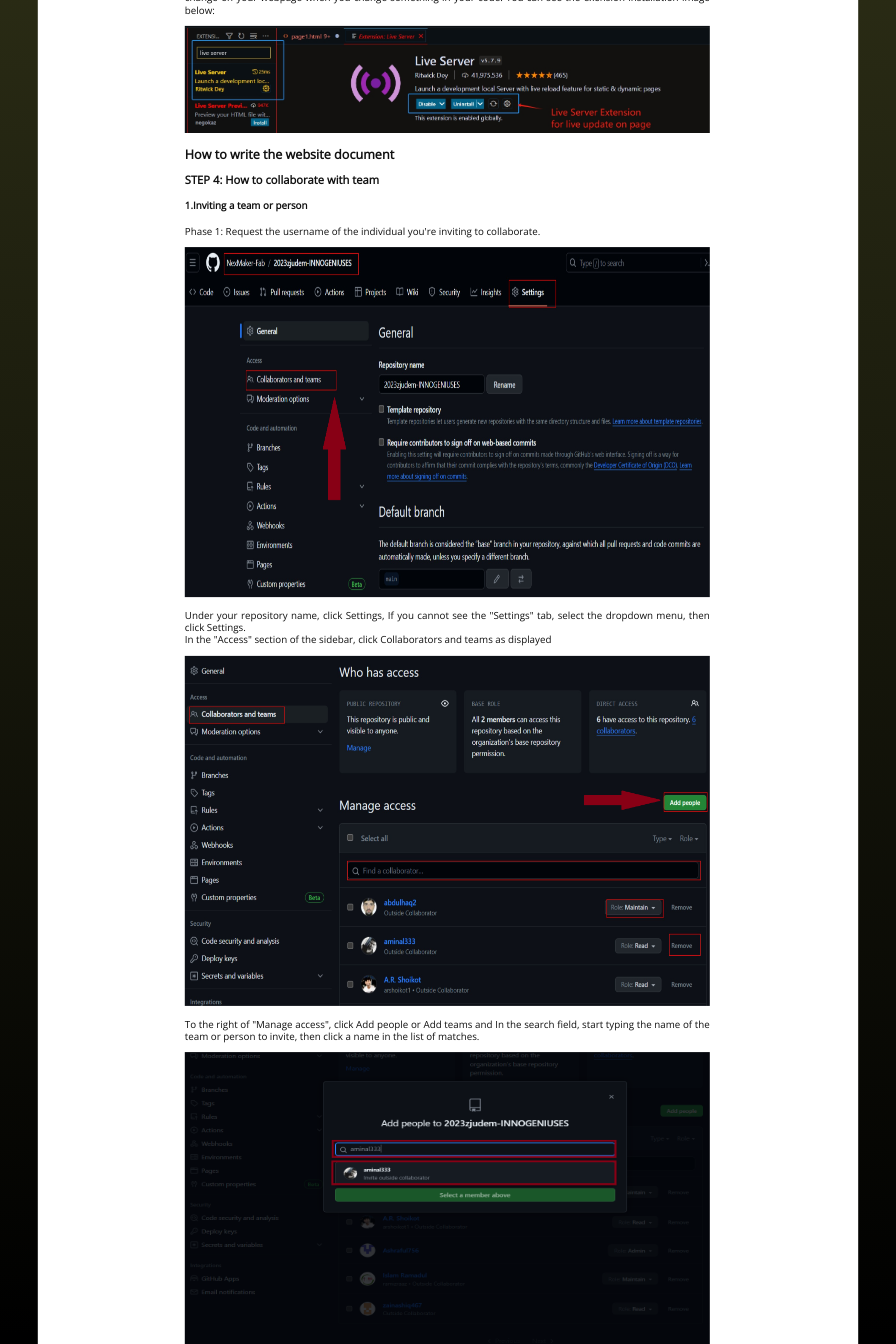
Repository: NexMaker-Fab/2023zjudem-INNOGENIUSES
Page: build web/page1.html
An editor plug-in stored every save of this project. The page is shown before and after the next save, followed by the edit.
The browser window is 1280 px wide. The pictures show the part of the page from y = 3850 to 5770 px (the page is 7676 px tall before and 7951 px after), at 70% of full size.

Above is the page before, as saved 2023-11-27 00:30:38.

### build web/page1.html
<!DOCTYPE html>
<html lang="en">

<head>
    <meta charset="utf-8">
    <meta http-equiv="X-UA-Compatible" content="IE=edge">
    <link rel="icon" href="img/favicon.ico" type="image/x-icon">
    <title>Build Website</title>
    <meta name="viewport" content="width=device-width, initial-scale=1">
    <!-- <meta name="Description" lang="en" content="open source x/html and css templates"> -->
    <meta name="author" content="mlp design">
    <meta name="robots" content="index, follow">
    <link rel="stylesheet" href="styles.css">
</head>

<body>
    <!--start wrapper-->
    <div id="wrapper">

        <!--start body-->
        <div id="body">

            <!--start header-->
            <div id="banner">
                <h1>HOW TO BUILD <em>WEB</em> </h1>
                <p></p>
                <!-- menu -->
                <label for="show-menu" class="responsive">&#9776;</label>
                <input type="checkbox" id="show-menu" role="button">
                <ul id="topnav">
                    <!-- <li><a class="active">Home</a></li> -->

                </ul>
                <!-- end menu -->
            </div>
            <!--end of header-->
            <!--start sidebar-->
            <div id="sidebar">
                <h2>GitHub</h2>
                <p>GitHub, is a platform and cloud-based service for software development and version control using Git, allowing developers to store and manage their code. It provides the distributed version control of Git plus access control, bug tracking,
                    software feature requests, task management, continuous integration, and wikis for every project. Headquartered in California, it has been a subsidiary of Microsoft since 2018. It is commonly used to host open source software development
                    projects.As of January 2023, GitHub reported having over 100 million developers and more than 372 million repositories, including at least 28 million public repositories.</p>

                <h2>Visual Studio Code</h2>
                <p>Visual Studio Code, also commonly referred to as VS Code,[12] is a source-code editor made by Microsoft with the Electron Framework, for Windows, Linux and macOS.[13] Features include support for debugging, syntax highlighting, intelligent
                    code completion, snippets, code refactoring, and embedded Git. Users can change the theme, keyboard shortcuts, preferences, and install extensions that add functionality. In the Stack Overflow 2023 Developer Survey, Visual Studio Code
                    was ranked the most popular developer environment tool among 86,544 respondents, with 73.71% reporting that they use it. It increased its use among those learning to code versus those developing as a profession (78% vs. 74%). </p>
            </div>
            <div class="clear"></div>
            <!--end of sidebar-->

            <!--start containter-->
            <div id="container">

                <!--start content-->
                <div id="content">
                    <!--post item-->
                    <div class="item">
                        <h3>STEP1: Prepare</h3>
                        <p>Setting up all essential tools for constructing the webpage:</p>

                        <ul>
                            <li><a href="https://git-scm.com/downloads">Git</a></li>
                            <li><a href="https://github.com">GitHub</a> </li>
                            <li><a href="https://desktop.github.com">GitHub desktop</a> </li>
                            <li><a href="https://code.visualstudio.com">VScode</a></li>
                            <li><a href="https://nodejs.org/en/about">Nodejs</a> </li>
                        </ul>

                        <h3>STEP 2: Pointers</h3>
                        <p>Visit <a href="https://github.com">Github</a> to create a repository; if needed, sign up. Once there, make your repository and set it Public so it's accessible to online users. Remember to add a README file—it's the place for a
                            detailed project description.
                        </p>
                        <img src="img/Create Repo 1.png" <figure>
                        <p>
                            <b>Note:</b>In this image repository, the owner is identified as aminal333. However, when working within an organization, the organization's name should be displayed instead.

                        </p>
                        </figure>

                        <img src="img/Create repo 2.png" <figure>
                        <p></p>
                        </figure>

                        <img src="img/git page.jpg" <figure>


                        </figure>

                        <h3>STEP 3: Local Settings</h3>
                        <p>Open GitHub Desktop, clone the repository you've created before, and then proceed to open it in Visual Studio Code.</p>
                        <img src="img/gitclone1.png" <figure>
                        <p> </p>
                        </figure>
                        <img src="img/clone open vs.png" <figure>
                        <p>Access the cloned repository from your local storage system using Visual Studio Code</p>
                        </figure>

                        <!-- Ramiz update-->

                        <h3>STEP 4: Live Server Extension</h3>
                        <p>Go to visual studio extention secsion, search live server and click install it. This extesion help to observe new change on your webpage when you change something in your code. You can see the exension installation image below:
                        </p>
                        <img src="img/Live Server.png" style="width:100%; height: fit-content;">

                        <h2 style="font-weight: bolder;">How to write the website document</h2>

                        <h3>STEP 4: How to collaborate with team</h3>
                        <h4>1.Inviting a team or person</h4>
                        <p>Phase 1: Request the username of the individual you're inviting to collaborate.</p>

                        <img src="img/AA.png" <figure>
                        <p> Under your repository name, click Settings, If you cannot see the "Settings" tab, select the dropdown menu, then click Settings.<br> In the "Access" section of the sidebar, click Collaborators and teams as displayed </p>
                        </figure>
                        <img src="img/BB.png" <figure>
                        <p>To the right of "Manage access", click Add people or Add teams and In the search field, start typing the name of the team or person to invite, then click a name in the list of matches.
                        </p>
                        </figure>
                        <img src="img/CC.png" <figure>
                        <p>In the search field, start typing the name of the team or person to invite, then click a name in the list of matches.</p>
                        </figure>
                        <img src="img/DD.png" <figure>
                        <p> Under "Choose a role", select the repository role to grant to the team or person</p>
                        </figure>
                        <img src="img/EE.png" <figure>
                        <p>Under "Manage access", next to the team or person whose access you'd like to remove, click Remove</p>
                        </figure>
                        <img src="img/FF.png" <figure>
                        <p>Using this search box, you can easily find your team member</p>
                        </figure>

                    </div>
                    <!--another post item-->

                    <!--end of another post item-->
                </div>
                <!--end of content-->

            </div>
            <!--end of container-->

        </div>
        <!--end of body-->

        <!--start footer-->
        <div id="footer">
            <span class="left">2023 &copy; Copyright <a href="#">Allcode</a>. All rights reserved.</span>
            <p class="show-footer">2023 &copy; Copyright <a href="#">InnoGeniuses</a>. All rights reserved.<br /><a href="#">Contact</a> | </p>
        </div>
        <!--end of footer-->

    </div>
    <!--end of wrapper-->

    <!--start credits-->
    <!--//Under CC-NC 3.0, this portion must be left intact and must not be hidden.//-->
    <div id="credits">
        <span><a href="#" title="CSS &amp; ">CSS &amp; HTML</a> by InnoGeniuses<br />IDE@ZJU
    </div>
    <!--end of credits-->

</body>

</html>

### build web/styles.css
/*
Template Name: mlpdesign07.1 Khaki
Version: Pure CSS version
Author:webmasterneo, MLP Design
Author URI: http://www.mlpdesign.net/
*/


/* Global Settings */

@import url(https://fonts.googleapis.com/css?family=Open+Sans);
body {
    background: #000;
    background: -moz-linear-gradient(top, #7c803d 0%, #000000 75%, #000000 100%);
    background: -webkit-gradient(left top, left bottom, color-stop(0%, #7c803d), color-stop(75%, #000000), color-stop(100%, #000000));
    background: -webkit-linear-gradient(top, #7c803d 0%, #000000 75%, #000000 100%);
    background: -o-linear-gradient(top, #7c803d 0%, #000000 75%, #000000 100%);
    background: -ms-linear-gradient(top, #7c803d 0%, #000000 75%, #000000 100%);
    background: linear-gradient(to bottom, #7c803d 0%, #000000 75%, #000000 100%);
    filter: progid: DXImageTransform.Microsoft.gradient( startColorstr='#7c803d', endColorstr='#000000', GradientType=0);
    color: #111;
    margin: 0;
    font-family: 'Open Sans', sans-serif;
    font-size: 14px;
    line-height: 18px;
    min-width: 600px;
}

h1 {
    font-size: 40px;
    line-height: 24px;
}

h2 {
    font-size: 18px;
    line-height: 22px;
}

h3 {
    font-size: 16px;
    line-height: 20px;
}

a {
    background-color: inherit;
    color: rgb(0, 38, 255)122, 102, 153;
    text-decoration: none;
}

a:hover {
    text-decoration: underline;
}

blockquote {
    background-color: inherit;
    color: #999;
    font: italic 15px "Times New Roman", serif;
    border-left: 5px solid #996;
    padding: 2px 15px;
}


/* Wrapper Settings */

#wrapper {
    background: #fff;
    border: none;
    padding: 10px;
    margin: 1% auto;
    width: 90%;
}

#body {
    margin: 0;
}

#container {
    border-left: 50px;
    padding: 0;
    margin: 0;
}


/* Other Settings*/

#banner {
    position: relative;
    padding: 10px;
    height: 175px;
    border: 0px;
    color: #fff;
    background: #abab83;
    background: -moz-linear-gradient(top, #abab83 0%, #abab83 0%, #abab83 50%, #a1a172 51%, #a1a172 100%);
    background: -webkit-gradient(left top, left bottom, color-stop(0%, #abab83), color-stop(0%, #abab83), color-stop(50%, #abab83), color-stop(51%, #a1a172), color-stop(100%, #a1a172));
    background: -webkit-linear-gradient(top, #abab83 0%, #abab83 0%, #abab83 50%, #a1a172 51%, #a1a172 100%);
    background: -o-linear-gradient(top, #abab83 0%, #abab83 0%, #abab83 50%, #a1a172 51%, #a1a172 100%);
    background: -ms-linear-gradient(top, #abab83 0%, #abab83 0%, #abab83 50%, #a1a172 51%, #a1a172 100%);
    background: linear-gradient(to bottom, #abab83 0%, #abab83 0%, #abab83 50%, #a1a172 51%, #a1a172 100%);
    filter: progid: DXImageTransform.Microsoft.gradient( startColorstr='#abab83', endColorstr='#a1a172', GradientType=0);
}

#banner h1 {
    font-size: 32px;
}

#banner h1 em {
    font-style: normal;
    text-decoration: none;
    color: #111;
}

#show-menu {
    display: none;
}

.responsive {
    background-color: inherit;
    color: #fff;
    text-align: left;
    font-weight: normal;
    font-size: 1.5em;
    padding: 0;
    position: absolute;
    top: 80%;
    display: none;
}

ul#topnav {
    list-style-type: none;
    margin: 0 0 0 1%;
    display: table;
    padding: 0;
    overflow: hidden;
    width: 60%;
    position: absolute;
    bottom: 0;
}

ul#topnav li {
    display: table-cell;
    text-align: center;
}

ul#topnav li a {
    background: #333;
    color: #999;
    border: none;
    display: block;
    margin-right: 5px;
    padding: 5px 0px;
    text-decoration: none;
    font-size: 12px;
}

ul#topnav li a.active,
ul#topnav li a.active:hover {
    background: #fff;
    color: #333;
}

ul#topnav li a:hover {
    background: #cc9;
    color: #111;
}

#sidebar {
    background: #fff;
    float: right;
    width: 200px;
    margin: -175px 1% 50px auto;
    padding: 15px;
    font-size: 12px;
    -webkit-box-shadow: 25px 0px 25px -25px rgba(0, 0, 0, 0.45), -25px 0px 25px -25px rgba(0, 0, 0, 0.45);
    -moz-box-shadow: 25px 0px 25px -25px rgba(0, 0, 0, 0.45), -25px 0px 25px -25px rgba(0, 0, 0, 0.45);
    box-shadow: 25px 0px 25px -25px rgba(0, 0, 0, 0.45), -25px 0px 25px -25px rgba(0, 0, 0, 0.45);
    position: relative;
}

#sidebar h2 {
    background-color: inherit;
    color: #996;
    font: normal 16px Arial, sans-serif;
    border-bottom: 2px solid #996;
    padding: 8px 0 5px 0;
}

#sidebar ul {
    list-style: none;
    padding: 2px;
    margin: 0;
}

#sidebar ul li {
    list-style-position: inside;
    padding: 0 0 10px 20px;
    text-indent: -1em;
}

#sidebar ul li a {
    background-color: inherit;
    color: #333;
    text-decoration: none;
    padding: 5px 2px;
    display: block;
}

#sidebar ul li a:hover {
    background-color: #cc9;
    color: #fff;
}

#sidebar ul li a:before {
    content: "\00BB  ";
    color: #996;
}

#content {
    text-align: left;
    padding: 20px;
    width: 750px;
    padding-left: 200px;
}

#content h1 {
    font: normal 18px Arial, sans-serif;
    padding: 0;
}

#content ul {
    list-style: none;
}

#content ul li {
    padding: 2px 0 2px 10px;
    margin: 0;
}

#content ul li:before {
    content: "\00BB  ";
    color: rgb(51, 0, 255);
}

#content .item {
    line-height: 1.25em;
    margin: 0;
}

#content .item p {
    text-align: justify;
}

#content .item b {
    text-align: justify;
    color: red;
}

#content .item span {
    background-color: inherit;
    color: #999;
    font-size: 11px;
}

#content .item img {
    width: 750px;
    height: 500px;
}

#footer {
    padding: 10px;
    height: 20px;
    border: 0px;
    color: #333;
    font-size: 12px;
    background: #abab83;
    background: -moz-linear-gradient(top, #abab83 0%, #abab83 0%, #abab83 50%, #a1a172 51%, #a1a172 100%);
    background: -webkit-gradient(left top, left bottom, color-stop(0%, #abab83), color-stop(0%, #abab83), color-stop(50%, #abab83), color-stop(51%, #a1a172), color-stop(100%, #a1a172));
    background: -webkit-linear-gradient(top, #abab83 0%, #abab83 0%, #abab83 50%, #a1a172 51%, #a1a172 100%);
    background: -o-linear-gradient(top, #abab83 0%, #abab83 0%, #abab83 50%, #a1a172 51%, #a1a172 100%);
    background: -ms-linear-gradient(top, #abab83 0%, #abab83 0%, #abab83 50%, #a1a172 51%, #a1a172 100%);
    background: linear-gradient(to bottom, #abab83 0%, #abab83 0%, #abab83 50%, #a1a172 51%, #a1a172 100%);
    filter: progid: DXImageTransform.Microsoft.gradient( startColorstr='#abab83', endColorstr='#a1a172', GradientType=0);
    clear: both;
}

#footer a {
    background-color: inherit;
    color: #333;
}

#footer a:hover {
    background-color: inherit;
    color: #fff;
    text-decoration: none;
}

#footer span.left {
    text-align: left;
    padding-left: 15px;
    float: left;
}

#footer span.right {
    text-align: right;
    padding-right: 15px;
    float: right;
}

#footer p.show-footer {
    margin: 0;
    display: none;
}

#credits {
    width: 90%;
    background-color: inherit;
    color: #999;
    position: relative;
    bottom: 0;
    padding: 10px 0;
    font: normal 11px Arial, sans-serif;
    text-align: right;
    margin: 0 auto;
}

#credits a {
    background-color: inherit;
    color: #999;
    text-decoration: none;
}

#credits a:hover {
    background-color: inherit;
    color: #fff;
    text-decoration: none;
}


/* Begin responsive styles */

@media screen and (max-width: 700px) {
    body {
        font-size: 12px;
    }
    blockquote {
        font-size: 13px;
        border-left-width: 3px;
        padding: 1px 5px 1px 10px;
        margin: 0;
    }
    /* banner */
    /*#banner { height:170px;}*/
    #banner h1 {
        font-size: 28px;
    }
    #banner p {
        width: 60%;
    }
    /* menu */
    ul#topnav {
        display: none;
    }
    .responsive {
        display: block;
    }
    #show-menu:checked~ul#topnav {
        display: block;
        position: absolute;
        top: 100%;
        width: 50%;
        margin: 0 0 0 -8%;
        overflow: visible;
    }
    ul#topnav li {
        display: block;
        text-align: left;
        margin: 0 0 1px 15%;
    }
    ul#topnav li a {
        padding-left: 20px;
        border-radius: 0px;
        -moz-border-radius: 0px;
        -webkit-border-radius: 0px;
        font-size: 10px;
    }
    /*ul#topnav li a:hover { background: rgba(255,0,85,1); color:rgba(255,255,255,255);}*/
    ul#topnav li a.active,
    ul#topnav li a.active:hover {
        background: #eee;
        color: #000;
    }
    /* sidebar */
    #sidebar {
        width: 28%;
        padding: 5px;
        font-size: 10px;
        line-height: 1.25em;
    }
    #sidebar h2 {
        font-size: 12px;
    }
    /* content */
    #content {
        margin-right: 33%;
    }
    #content h1 {
        font-size: 14px;
        font-weight: bold;
    }
    #content .item span {
        font-size: 10px;
    }
    #content ul {
        margin-left: 0;
        padding-left: 0;
    }
    #content ul li {
        margin-left: 0;
        padding-left: 0;
    }
    /* footer */
    #footer {
        font-size: 10px;
        text-align: center;
        padding-bottom: 20px;
    }
    #footer span {
        display: none;
    }
    #footer p.show-footer {
        display: block;
    }
    #credits {
        font-size: 80%;
        text-align: center;
    }
}

After the next save:
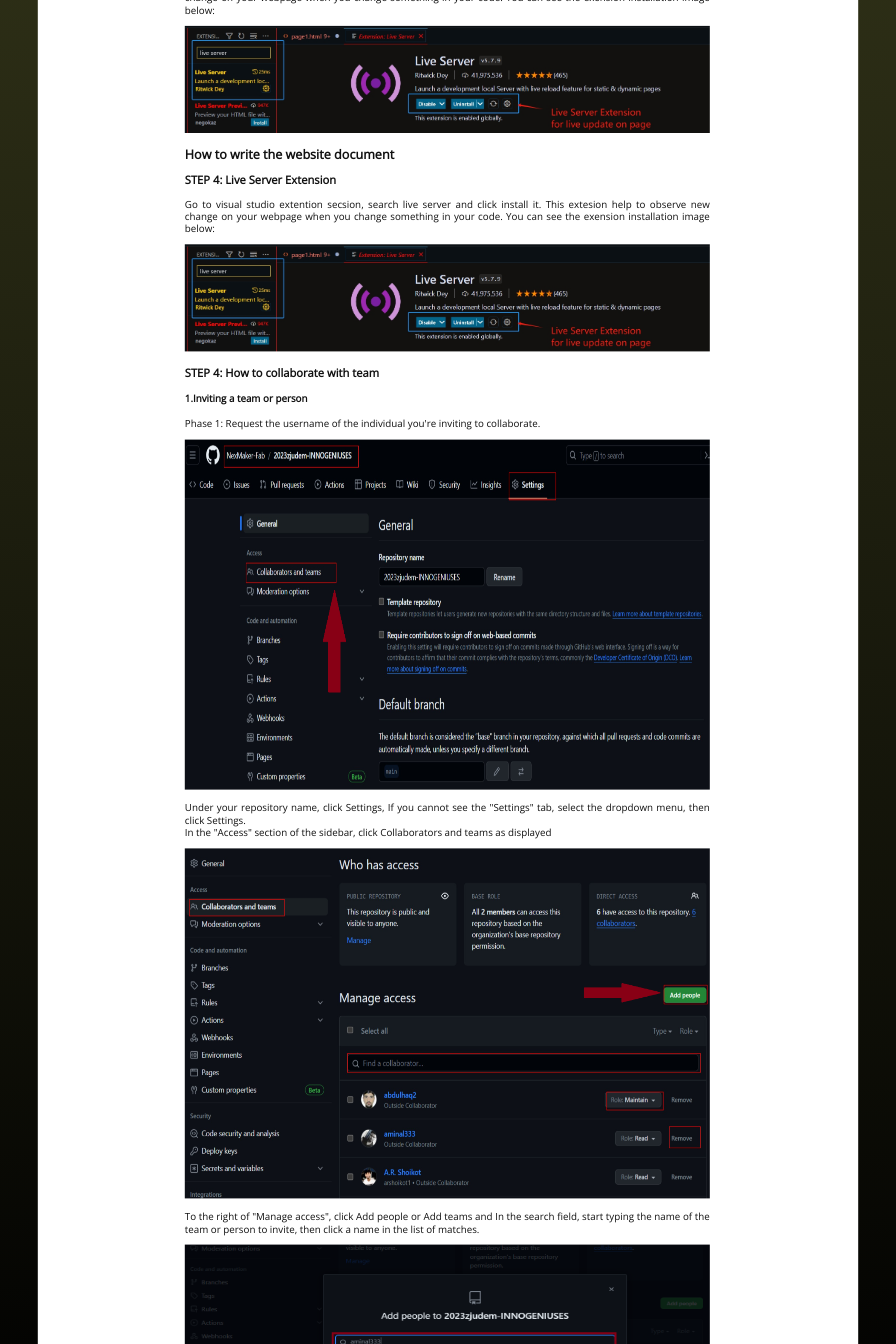
Saved 99 s later.
--- a/build web/page1.html
+++ b/build web/page1.html
@@ -105,6 +105,10 @@
 
                         <h2 style="font-weight: bolder;">How to write the website document</h2>
 
+                        <h3>STEP 4: Live Server Extension</h3>
+                        <p>Go to visual studio extention secsion, search live server and click install it. This extesion help to observe new change on your webpage when you change something in your code. You can see the exension installation image below:
+                        </p>
+                        <img src="img/Live Server.png" style="width:100%; height: fit-content;">
                         <h3>STEP 4: How to collaborate with team</h3>
                         <h4>1.Inviting a team or person</h4>
                         <p>Phase 1: Request the username of the individual you're inviting to collaborate.</p>
